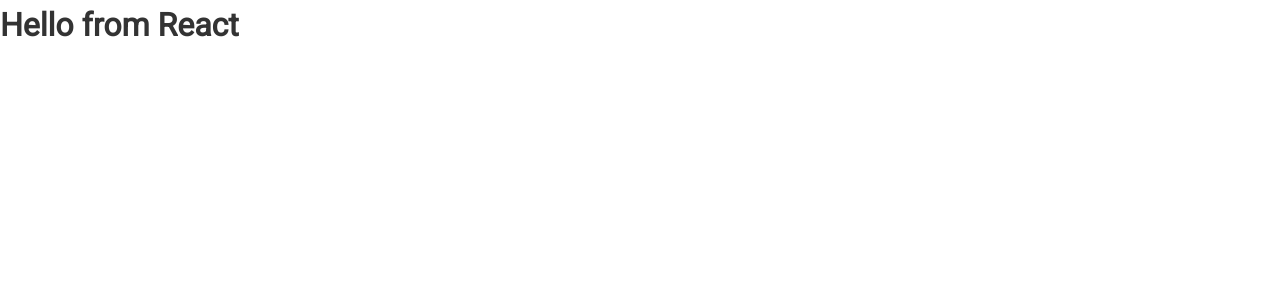
Repository: guicattani/fluffy-tribble-finder
Page: /
The author's editor kept a copy of each file at every save. The page is drawn from the files as they stood at one save, then again after the next save.
The browser window is 1280 px wide. The pictures show the whole page.
The project was rebuilt for these pictures with package versions that can differ from the ones it lists, and the page was loaded fresh each time.

Above is the page before, as saved 2020-02-26 15:05:21.

After the next save:
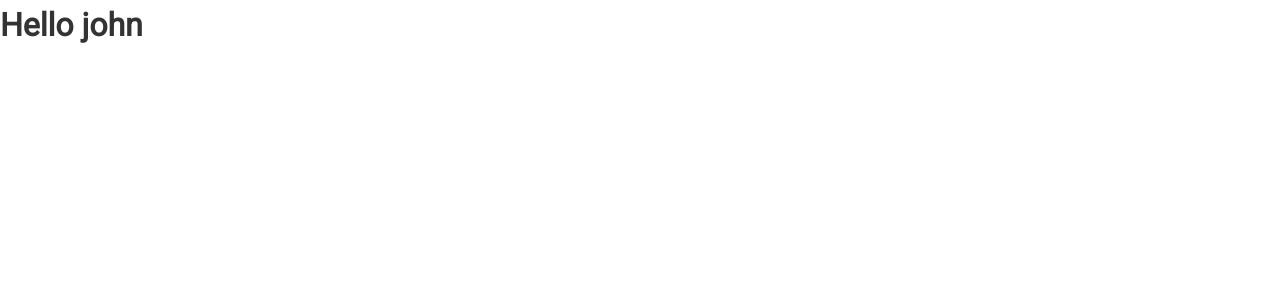
Saved 20 min 37 s later.
--- a/src/App.js
+++ b/src/App.js
@@ -3,9 +3,11 @@
 
 class App extends Component {
   render() {
+    const name = "john";
+
     return (
       <div className="App">
-        <h1>Hello from React</h1>
+        <h1>Hello {name} </h1>
       </div>
     );
   }
